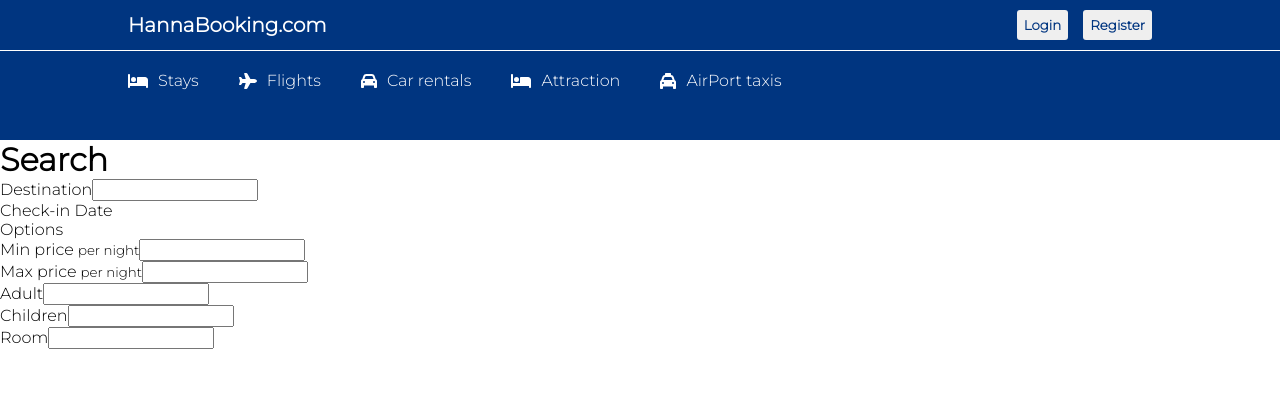
Repository: truongnguyenuit/BookingWebApp
Page: /hotels
These files come from the project's save history. The page is drawn as it stood at one moment and after a run of saves; the edit follows.
The browser window is 1280 px wide. The pictures show the whole page.
The project was rebuilt for these pictures with package versions that can differ from the ones it lists, and the page was loaded fresh each time. Also part of the build but not shown: src/components/featured/featured.css, src/components/featured/Featured.jsx, src/components/propertyList/propertyList.css, src/components/propertyList/PropertyList.jsx, src/components/featuredProperties/featuredProperties.css, src/components/featuredProperties/FeaturedProperties.jsx, src/components/mailList/mailList.css, src/components/mailList/MailList.jsx and 7 more.

Above is the page before, as saved 2022-06-13 10:45:04.

### public/index.html
<!DOCTYPE html>
<html lang="en">
  <head>
    <meta charset="utf-8" />
    <meta name="viewport" content="width=device-width, initial-scale=1" />
    <meta
      name="description"
      content="Web site created using create-react-app"
    />
    <link
      href="https://fonts.googleapis.com/css2?family=Montserrat:wght@300&display=swap"
      rel="stylesheet"
    >
    <style>
      *{
        font-family: 'Montserrat', sans-serif;
        margin: 0;
      }
    </style>

    <title>HannaBooking</title>
  </head>
  <body>
    <noscript>You need to enable JavaScript to run this app.</noscript>
    <div id="root"></div>
  </body>
</html>

### src/App.js
import {
  BrowserRouter,
  Routes,
  Route,
} from "react-router-dom";
import Home from "./pages/home/Home";
import Hotel from "./pages/hotel/Hotel";
import List from "./pages/list/List";

function App() {
  return (
    <BrowserRouter>
      <Routes>
        <Route path="/" element={<Home />} />
        <Route path="/hotels" element={<List />}/>
        <Route path="/hotels/:id" element={<Hotel/>}/>
      </Routes>
    </BrowserRouter>
  );
}

export default App;

### src/pages/list/List.jsx
import "./list.css"
import Navbar from "../../components/navbar/Navbar";
import Header from "../../components/header/Header";
import { useLocation } from "react-router-dom";
import { useState } from "react";
import { format } from "date-fns";
import { DateRange } from "react-date-range";
// import SearchItem from "../../components/searchItem/SearchItem";
const List = () => {
  //const location = useLocation();
  //const [destination, setDestination] = useState(location.state.destination);
  // const [date, setDate] = useState(location.state.date)
  // const [openDate, setOpenDate] = useState(false)
  // const [options, setOptions] = useState(location.state.options)
  return (
    <div>
      <Navbar />
      <Header type="list" />
      <div className="listContainer">
        <div className="listWrapper">
          <div className="listSearch">
            <h1 className="lsTitle">Search</h1>
            <div className="lsItem">
              <label htmlFor="Destination">Destination</label>
              <input type="text" placeholder="" />
            </div>
            <div className="lsItem">
              <label> Check-in Date</label>



            </div>
            <div className="lsItem">
              <label> Options</label>
              <div className="lsOptions">
                <div className="lsOptionsItem">
                  <span className="lsOptionsText">
                    Min price <small>per night</small>
                  </span>
                  <input type="number" className="lsOptionInput" />
                </div>
                <div className="lsOptionItem">
                  <span className="lsOptionText">
                    Max price <small>per night</small>
                  </span>
                  <input type="number" className="lsOptionInput" />
                </div>
                <div className="lsOptionItem">
                  <span className="lsOptionText">Adult</span>
                  <input
                    type="number"
                    min={1}
                    className="lsOptionInput"

                  />
                </div>

                <div className="lsOptionItem">
                  <span className="lsOptionText">Children</span>
                  <input
                    type="number"
                    min={0}
                    className="lsOptionInput"

                  />
                </div>

                <div className="lsOptionItem">
                  <span className="lsOptionText">Room</span>
                  <input
                    type="number"
                    min={1}
                    className="lsptionInput" />
                </div>

              </div>
            </div>

          </div>
        </div>
      </div>
    </div>
  )
}
export default List;

### src/components/header/Header.jsx
import {
  faBed,
  faCalendarDays,
  faCar,
  faPerson,
  faPlane,
  faTaxi,
} from "@fortawesome/free-solid-svg-icons";
import { FontAwesomeIcon } from "@fortawesome/react-fontawesome";
import "./header.css";
// import { DateRange } from "react-date-range";
import { useState } from "react";
// import "react-date-range/dist/styles.css"; // main css file
// import "react-date-range/dist/theme/default.css"; // theme css file
// import { format } from "date-fns";
import { useNavigate } from "react-router-dom";
const Header = ({ type }) => {
  const [destination, setDestination] = useState("");
  const [openDate, setOpenDate] = useState(false);
  const [date, setDate] = useState([
    {
      startDate: new Date(),
      endDate: new Date(),
      key: "selection",
    }
  ]);
  const [openOptions, setOpenOptions] = useState(false);
  const [options, setOptions] = useState({
    adult: 1,
    children: 0,
    room: 1,
  });

  //const navigate = useNavigate();
  return (
    <div className="header">
      <div
      className={
         type === "list" ? "headerContainer listMode" : "headerContainer"
      }
      >
        <div className="headerList">
          <div className="headerListItem">
            <FontAwesomeIcon icon={faBed} />
            <span>Stays</span>
          </div>
          <div className="headerListItem">
            <FontAwesomeIcon icon={faPlane} />
            <span>Flights</span>
          </div>
          <div className="headerListItem">
            <FontAwesomeIcon icon={faCar} />
            <span>Car rentals</span>
          </div>
          <div className="headerListItem">
            <FontAwesomeIcon icon={faBed} />
            <span>Attraction</span>
          </div>
          <div className="headerListItem">
            <FontAwesomeIcon icon={faTaxi} />
            <span>AirPort taxis</span>
          </div>
        </div>
        {type !== "list" && (
        <>
          <h1 className="HeaderTitle">
            A lifetime of discounts? It's Genius.
          </h1>
          <p className="headerDesc">
            Get rewarded for you travels - unlock instant saving of 10% or
            more with a free HannaBooking account.
          </p>
          <button className="headerBtn">Sign in / Register</button>
          <div className="headerSearch">
            <div className="headerSearchItem">
              <FontAwesomeIcon icon={faBed} className="headerIcon" />
              <input type="text"
                placeholder="Where are you going?"
                className="headerSearchInput"
                onChange={(text) => setDestination(text)}
              />
            </div>
            <div className="headerSearchItem">
              <button className="headerBtn">
                search
              </button>
            </div>
          </div>
        </>
        )}
      </div>
    </div>
  )
}
export default Header;

### src/components/navbar/Navbar.jsx
import React from 'react'
import "./navbar.css"
const Navbar = () => {
  return (
    <div className="navbar">
      <div className="navContainer">
        <span className="logo">HannaBooking.com</span>
        <div className="navItems">
          <button className="navButton">Login</button>
          <button className="navButton">Register</button>
        </div>
      </div>
    </div>
  )
}
export default Navbar;

### src/components/header/header.css
.header {
    background-color:#003580;
    color: white;
    display: flex;
    justify-content: center;
    position: relative;
}
.headerContainer {
    width:  100%;
    max-width: 1024px;
    margin: 20px 0px 100px 0px;
}
.headerContainer.listMode {
  margin: 20px 0px 0px 0px;
}

.headerList {
    display: flex;
    gap: 40px;
    margin-bottom: 50px;
}
.headerListItem {
    display: flex;
    align-items: center;
    gap: 10px;
    cursor: pointer;
}
.headerTitle {
    font-weight: bold;
}
.headerDesc {
    font-weight: bold;
    margin-top: 20px;
    margin-bottom: 20px;
}
.headerBtn {
    background-color: #0071c2;
    color: white;
    font-weight: bold;
    border-radius: 3px;
    border: none;
    padding: 10px;
    cursor: pointer;
}
.headerSearch {
    display: flex;
    height: 30px;
    background-color: white;
    border: 3px solid #febb02;
    align-items: center;
    justify-content: space-around;
    padding: 10px 0px;
    border-radius: 5px;
    position: absolute;
    bottom: -25px;
    width: 100%;
    max-width: 1024px;
    gap: 700px


}
.headerIcon {
    color: lightgray;
    margin-left: 20;
}
.headerSearchItem {
    display: flex;
    align-items: center;
    gap: 10px;
}
.headerSearchInput {
    border: none;
    outline: none;
}

### src/components/navbar/navbar.css
.navbar {
    height: 50px;
    background-color: #003580;
    display: flex;
    justify-content: center;
    margin-bottom: 1px;
}
.navContainer {
    width: 100%;
    max-width: 1024px;
    display: flex;
    justify-content: space-between;
    align-items: center;

}
.logo {
    font-weight: bold;
    font-size:20px ;
    color: white;
}
/* .navItems {
    width: 10.5%;
    display: flex;
    justify-content: space-between;
} */
.navButton {
    padding: 7px;
    border: none;
    border-radius: 3px;
    font-weight: bold;
    color: #003580;
    margin-left: 15px;
    cursor: pointer;
}

Loaded but not shown: src/index.js (common file); src/pages/list/list.css (no copy from this time; the picture is the same without it)

After the next 3 saves:
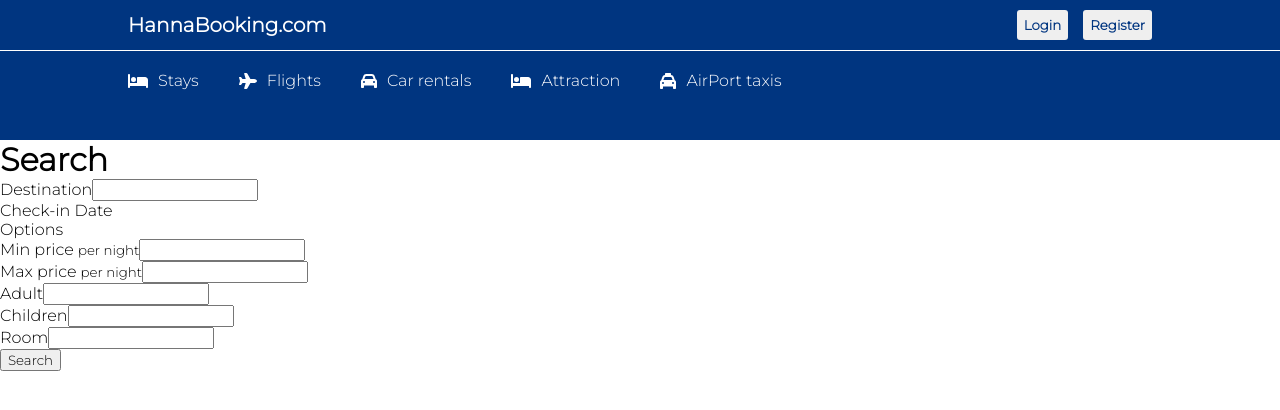
The 3 saves are shown as one change because they came seconds apart.
The last was saved 12 s later.
--- a/src/pages/list/List.jsx
+++ b/src/pages/list/List.jsx
@@ -75,7 +75,7 @@ const List = () => {
 
               </div>
             </div>
-
+            <button>Search</button>
           </div>
         </div>
       </div>
